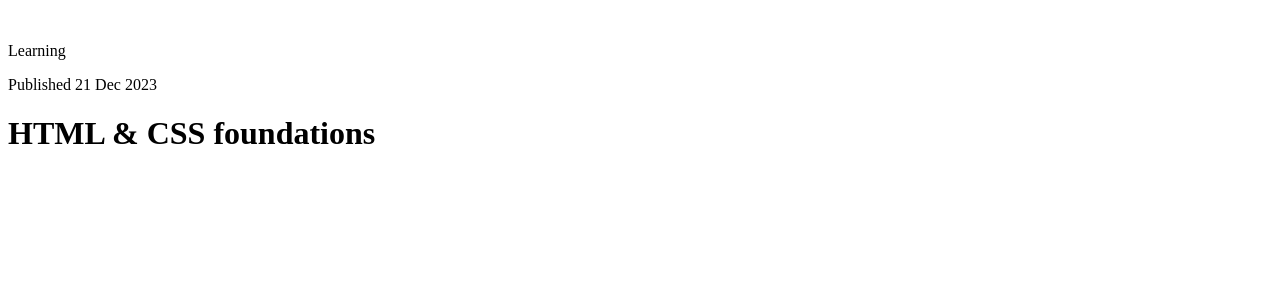
Repository: brandontaylor1/blogpreviewcard
Page: index.html
An editor plug-in stored every save of this project. The page is shown before and after a run of saves, followed by the edit.
The browser window is 1280 px wide. The pictures show the whole page.

Above is the page before, as saved 2024-12-25 10:48:15.

### index.html
<!DOCTYPE html>
<html lang="en">
<head>
    <meta charset="UTF-8">
    <meta name="viewport" content="width=device-width, initial-scale=1.0">
    <title>HTML & CSS Foundations</title>
</head>
<body>
    <main class="container">
        <div class="img-container">
            <img src="" alt="">
        </div>
        <div class="card-content">
            <p>Learning</p>
            <p>Published 21 Dec 2023</p>
            <h1>HTML & CSS foundations</h1>
            <p></p>

        </div>
    </main>
</body>
</html>

After the next 4 saves:
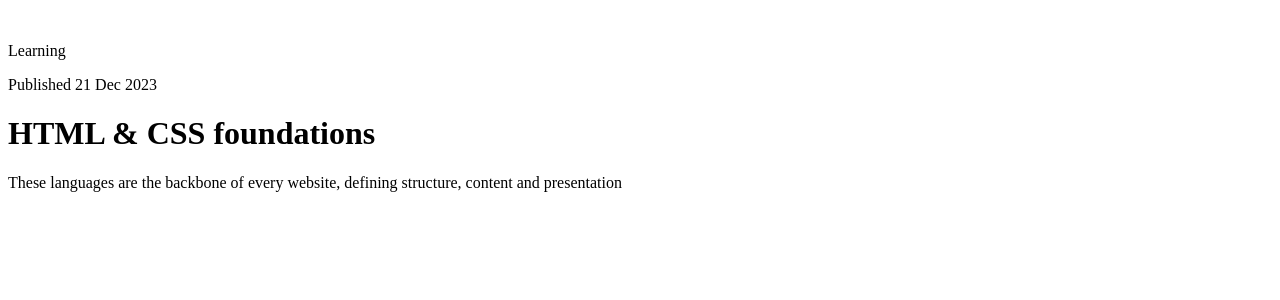
The 4 saves are shown as one change because they came seconds apart.
The last was saved 20 s later.
--- a/index.html
+++ b/index.html
@@ -14,7 +14,7 @@
             <p>Learning</p>
             <p>Published 21 Dec 2023</p>
             <h1>HTML & CSS foundations</h1>
-            <p></p>
+            <p>These languages are the backbone of every website, defining structure, content and presentation</p>
 
         </div>
     </main>
